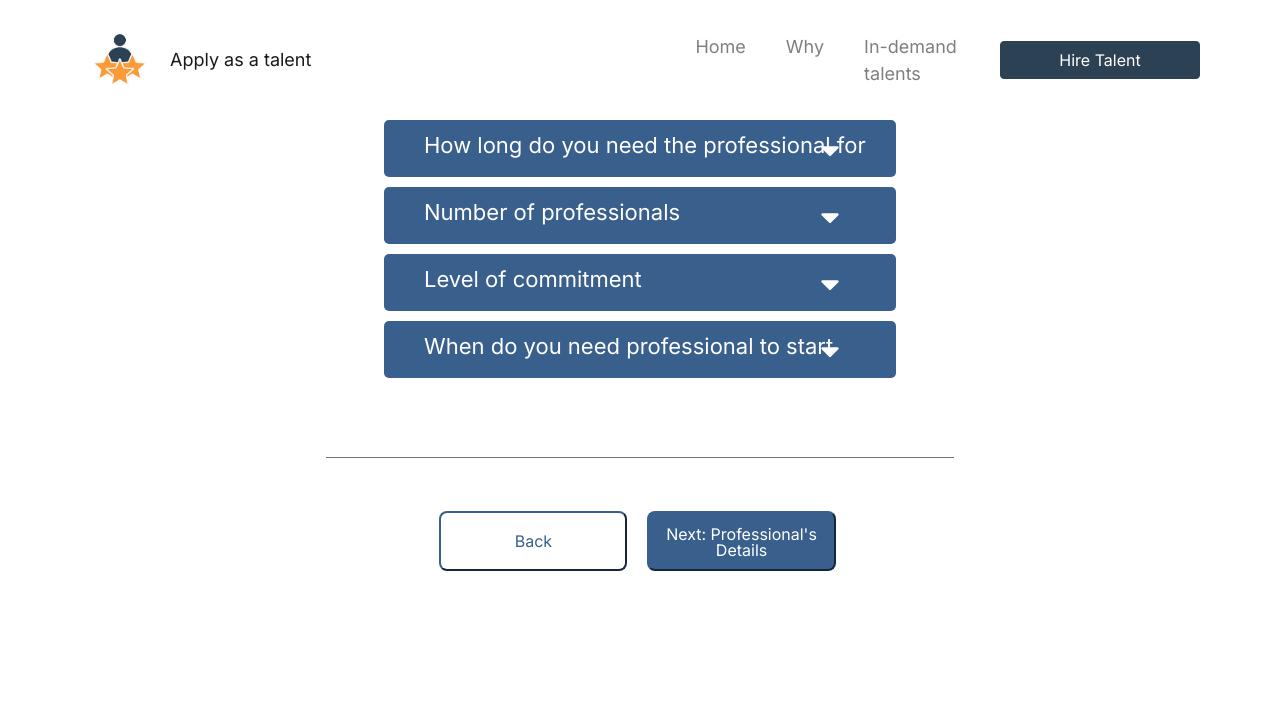
Repository: Ashwe9/talent-hire-reactJs
Page: /professionaldetails
The author's editor kept a copy of each file at every save. The page is drawn from the files as they stood at one save, then again after the next save.
The browser window is 1280 px wide. The pictures show the whole page.
The project was rebuilt for these pictures with package versions that can differ from the ones it lists, and the page was loaded fresh each time. Also part of the build but not shown: src/homePage/components/TrustedBy/TrustedBy.css, src/homePage/components/TrustedBy/TrustedBy.js, src/homePage/components/Roles/Roles.css, src/homePage/components/Roles/Roles.js, src/homePage/components/homePageFooter/HomePageFooter.css, src/homePage/components/homePageFooter/HomePageFooter.js, src/homePage/HomePage.js, src/kpisPage/Header.css and 10 more.

Above is the page before, as saved 2022-08-20 14:00:17.

### public/index.html
<!DOCTYPE html>
<html lang="en">
  <head>
    <meta charset="utf-8" />
    <link rel="icon" href="%PUBLIC_URL%/favicon.ico" />
    <meta name="viewport" content="width=device-width, initial-scale=1" />
    <meta name="theme-color" content="#000000" />
    <meta
      name="description"
      content="Web site created using create-react-app"
    />
    <link rel="manifest" href="%PUBLIC_URL%/manifest.json" />
    <link rel="stylesheet" href="https://stackpath.bootstrapcdn.com/bootstrap/4.4.1/css/bootstrap.min.css" integrity="sha384-Vkoo8x4CGsO3+Hhxv8T/Q5PaXtkKtu6ug5TOeNV6gBiFeWPGFN9MuhOf23Q9Ifjh" crossorigin="anonymous">
    <link href='https://fonts.googleapis.com/css?family=Inter' rel='stylesheet'>

    <title>App</title>
  </head>
  <body>
    <noscript>You need to enable JavaScript to run this app.</noscript>
    <div id="root"></div>
    <script src="https://code.jquery.com/jquery-3.4.1.slim.min.js" integrity="sha384-J6qa4849blE2+poT4WnyKhv5vZF5SrPo0iEjwBvKU7imGFAV0wwj1yYfoRSJoZ+n" crossorigin="anonymous"></script>
    <script src="https://cdn.jsdelivr.net/npm/popper.js@1.16.0/dist/umd/popper.min.js" integrity="sha384-Q6E9RHvbIyZFJoft+2mJbHaEWldlvI9IOYy5n3zV9zzTtmI3UksdQRVvoxMfooAo" crossorigin="anonymous"></script>
    <script src="https://stackpath.bootstrapcdn.com/bootstrap/4.4.1/js/bootstrap.min.js" integrity="sha384-wfSDF2E50Y2D1uUdj0O3uMBJnjuUD4Ih7YwaYd1iqfktj0Uod8GCExl3Og8ifwB6" crossorigin="anonymous"></script>  </body>
</html>

### src/App.js
import React from 'react'
import { BrowserRouter as Router, Route, Routes, Navigate } from 'react-router-dom';
import { HomePage } from './homePage/HomePage';
import KPISPage from './kpisPage/KPISPage';
import ProjectDetails from './projectDetails/ProjectDetails';
import ProfessionalDetails from './professionalDetails/ProfessionalDetails';

function App() {
  return (
    <Router>
      <Routes>
        <Route exact path="*" element={<Navigate to="/" replace />}/>
        <Route exact path="/" element={<HomePage />} />
        <Route exact path="/kpis" element={<KPISPage />} />
        <Route exact path="/projectdetails" element={<ProjectDetails />} />
        <Route exact path="/professionaldetails" element={<ProfessionalDetails />} />

      </Routes>
    </Router>
  );
}

export default App;

### src/professionalDetails/ProfessionalDetails.js
import React from 'react'
import './ProfessionalDetails.css'
import { Navbar } from '../shared-components/Navbar/Navbar'
import { Footer } from '../shared-components/Footer/Footer'
import DropDown from './DropDown'

const ProfessionalDetails = () => {
  return (
    <div>
        <Navbar />
      <DropDown title="How long do you need the professional for"/>
      <DropDown title="Number of professionals"/>
      <DropDown title="Level of commitment"/>
      <DropDown title="When do you need professional to start"/>
      <Footer nextTitle="Next: Professional's Details" nextPath="/professionaldetails2" previousPath="/projectdetails" />
    </div>
  )
}

export default ProfessionalDetails

### src/shared-components/Navbar/Navbar.js
import React from 'react'
import './Navbar.css'
import { Navigate, useNavigate } from 'react-router-dom'

export const Navbar = () => {
  let navigate = useNavigate();

  return (
    <nav className="navbar navbar-expand-lg navbar-light">
      <img src= {require('../../assets/icon.png')} className="icon"/>
      <a className="navbar-brand title" href="#">Apply as a talent</a>
      <button className="navbar-toggler" type="button" data-toggle="collapse" data-target="#navbarText" aria-controls="navbarText" aria-expanded="false" aria-label="Toggle navigation">
        <span className="navbar-toggler-icon"></span>
      </button>
      <div className="collapse navbar-collapse" id="navbarText">
        <ul className="navbar-nav mr-auto">
          <li className="nav-item">
            <a className="nav-link" href="" onClick={() => {
                navigate('/', { replace: true });
              } }>Home</a>
          </li>

          <li className="nav-item">
            <a className="nav-link" href="#">Why</a>
          </li>
          <li className="nav-item">
            <a className="nav-link" href="#">In-demand talents</a>
          </li>
        </ul>
        <span className="navbar-text">
          <button className='btn btn-dark navbar-btn'>Hire Talent</button>
        </span>
      </div>
    </nav>
  )
}

### src/shared-components/Footer/Footer.js
import React from 'react'
import './Footer.css'
import { useNavigate  } from 'react-router-dom'


export  const Footer = ({nextTitle, nextPath, previousPath}) => {

  let navigate = useNavigate();

  const goNext = () => {
    let path =  nextPath;
    navigate(path);
  };
  const goBack = () => {
    let path =  previousPath;
    navigate(path);
  };

  return (
      <footer>
        <div className='Footer-box'>
            <hr id="footer-line"/>
            <div className='buttons'>
              <button className='Footer-button-back'
              onClick={goBack}
                >Back</button>

              <button className='Footer-button-next'
              onClick={goNext}
                >{nextTitle}</button>
        </div>
        </div>
      </footer>
    )
  }

### src/professionalDetails/DropDown.js
import {FaCaretDown, FaCaretUp} from 'react-icons/fa'
import React , { useState } from 'react'
import './DropDown.css'
import { left } from '@popperjs/core'


const DropDown = ({title}) => {
    const [x, setCount] = useState(0);
    const incrementCount = () => {
        setCount(x + 1);
      };

  return (
    <div>
        <div className='dropdowns-box' onClick={incrementCount} >
            <p className='dropdowns-title'>{title}</p>
            <a> { x%2===0 ? <FaCaretDown id='icons' size={30} style={{}} /> : <FaCaretUp id='icons' size={30} style={{}} />}</a>
        </div>
        {/* x%2===1 ? <Talents title={title}/> : <></>*/}
    </div>
  )
}

export default DropDown

### src/shared-components/Navbar/Navbar.css
.icon{
    width: 80px;
}

.title{
    font-family: "Inter";
    font-style: normal;
    font-weight: 500;
    font-size: 18px;
    line-height: 28px;
    align-items: center;
    color: #444444;
    padding-left: 10px;
}

#navbarText{
    margin-left: 30%;
}
.navbar-items{
    margin: 0 35%;

}

.nav-item{
    font-family: "Inter";
    font-style: normal;
    font-weight: 500;
    font-size: 18px;
    align-items: center;
    color: #444444;
    padding-left: 24px;
}

.navbar-btn{
    font-family: "Inter";
    font-style: bold;
    background: #2c4154;
    /* padding: 5px 50px; */
    border-color: #2c4154;
    width: 200px;
}

.navbar{
    margin: 10px 5%;
}

@media only screen and (max-width: 600px) {
    body {
      background-color: lightblue;
    }
  }

### src/shared-components/Footer/Footer.css
#footer-line{
    background-color: gray;
    width: 50%;
}

.Footer-box{
    margin-top: 50px;
    padding: 1%;
}

.buttons{
    display: flex;
}

.Footer-button-back{
    margin-top: 3%;
    /* margin-left: 30%; */
    font-family: "Inter";
    font-style: normal;
    padding: 1% 1%;
    background-color: white;
    border-color: #395f8c;
    color: #395f8c;
    height: 60px;
    width: 15%;
    border-radius: 0.5rem;
    margin-left: 34%;
    margin-bottom: 10%;
}
.Footer-button-next{
    margin-top: 3%;
    /* margin-left: 30%; */
    font-family: "Inter";
    background: #395f8c;
    border-color: #395f8c;
    padding: 1% 1%;
    height: 60px;
    width: 15%;
    border-radius: 0.5rem;
    margin-bottom: 10%;
    margin-left: 20px;
    color: white;
    line-height: 1;
}

@media only screen and (max-width: 700px) {
    #footer-line{
        background-color: gray;
        width: 80%;
    }
    .Footer-button-next{
        padding: 2% ;
        height: 10%;
        width: fit-content;
        margin-left: 5%;
        font-size: 12px;
    }
    .Footer-button-back{
        padding: 2% ;
        height: 10%;
        width: 20%;
        margin-left: 20%;
        font-size: 12px;
    }
}

### src/professionalDetails/DropDown.css
.dropdowns-box{
    padding-top: 10px;
    padding-bottom: 1px;
    width: 40%;
    background-color: #395f8c;
    border-radius: 5px;
    display: flex;
    cursor: pointer;
    margin-bottom: 10px;
    margin-left: 30%;

}

.dropdowns-title{
    font-family: "Inter";
    font-style: bolder;
    font-weight: 300;
    font-size: 22px;
    line-height: 30px;
    align-items: center;
    color: white;
    margin-left: 40px;
}

#icons{
    color: white;
    position:absolute;
    right:430px;
}


@media only screen and (max-width: 700px) {

    .dropdowns-title{
        font-size: 16px;
        margin-left: 15px;
    }

    .dropdowns-box{
        margin-left: 60px;
        width: 75%;
    }
    #icon{
        opacity: 0;
    }
  }
@media only screen and (max-width: 450px) {
    .dropdowns-title{
        font-size: 11px;
        margin-left: 0;
    }
    .dropdowns-box{
        margin-left: 30px;
        width: 60%;
    }

    #icon{
        opacity: 0;
    }
}

### src/kpisPage/Talents.css
.talents-box{
    margin-left: 515px;
}

.talent-item-active{
    background: #FFFFFF;
    border: 1px solid #395F8C;
    box-sizing: border-box;
    box-shadow: 0px 4px 14px 1px rgba(0, 0, 0, 0.04);
    border-radius: 6px;
    display: flex;
    padding: 10px;
    padding-right: 32px;
    width: fit-content;
    margin-right: 10px;
}

#icons{
    color: #395F8C;
    position:absolute;
    margin-top: 5px;
    margin-left: 15px;
    margin-right: 5px;
}

.talent-item{
    opacity: 0.8;
    background: #f0f0f0;
    border: 0.2px solid #f0f0f0;
    box-sizing: border-box;
    box-shadow: 0px 2px 14px 1px rgba(0, 0, 0, 0.06);
    border-radius: 6px;
    display: flex;
    padding: 10px;
    padding-right: 32px;
    width: fit-content;
    margin-right: 10px;
}


.talent-item-paragraph-active{
    font-family: "Inter";
    font-style: normal;
    font-weight: bolder;
    font-size: 16px;
    display: flex;
    align-items: center;
    color: #395f8c;
}

.talent-item-paragraph{
    font-family: "Inter";
    font-style: normal;
    font-weight: normal;
    font-size: 16px;
    display: flex;
    align-items: center;
    opacity: 0.8;
    color: #6d7686;
}


@media only screen and (max-width: 700px) {
    .talent-item-paragraph-active{
        font-size: 10px;
    }

    .talent-item-paragraph{
        font-size: 10px;
        font-weight: bold;
    }

    .talents-box{
        margin-left: 80px;
    }

    .talent-item{
        opacity: 0.8;
        background: #f0f0f0;
        box-sizing: border-box;
        display: flex;
        width: fit-content;
        margin-bottom: 5px;
    }

    .talent-item-active{
        opacity: 0.8;
        background: #f0f0f0;
        box-sizing: border-box;
        display: flex;
        width: fit-content;
    }

    #icons{
        color: #395F8C;
        position:absolute;
        margin-top: 2px;
        margin-left: 2px;
        margin-right: 0.5px;
    }
  }
@media only screen and (max-width: 450px) {
    .talent-item-paragraph-active{
        font-size: 8px;
    }

    .talent-item-paragraph{
        font-size: 8px;
    }
    .talents-box{
        margin-left: 110px;
    }

    .talent-item{
        opacity: 0.8;
        background: #f0f0f0;
        box-sizing: border-box;
        display: flex;
        width: fit-content;
    }

    .talent-item-active{
        opacity: 0.8;
        background: #f0f0f0;
        box-sizing: border-box;
        display: flex;
        width: fit-content;
    }
}

input[type="checkbox"] { /* change "blue" browser chrome to yellow */
    filter: invert(20%) hue-rotate(15deg) brightness(1.4);
  }

### src/professionalDetails/Header.js
import React from 'react'
import './Header.css'

const Header = () => {
  return (
    <div className='headers-box'>
        <p className='headers-by-title'>
            Professional's Details
        </p>
    </div>
  )
}

export default Header

### src/projectDetails/Header.css
.headers-box{
    margin: 30px 30%;
    padding: 3%;
    padding-bottom: 0%;
    align-items: center;
    width: 40%;
}

.header{
    font-family: "Inter";
    font-style: bolder;
    font-weight: 600;
    font-size: 35px;
    line-height: 30px;
    align-items: center;
    color: #141414;
    margin-bottom: 50px;
}

.header-by-title{
    font-family: "Inter";
    font-style: bolder;
    font-weight: 700;
    font-size: 25px;
    line-height: 30px;
    align-items: center;
    color: #141414;
}


@media only screen and (max-width: 700px) {

    .header-by-title{
        font-size: 16px;
    }

    .header-box{
        margin-left: 40px;
        width: 100%;
    }
  }
@media only screen and (max-width: 450px) {
    .header-by-title{
        font-size: 13px;
    }
    .header-box{
        margin-left: 70px;
        width: 100%;
    }
}

Loaded but not shown: src/index.js (common file); src/reportWebVitals.js (common file); src/index.css (no stored copy; drawn as an empty file); src/kpisPage/KPISPage.css (no stored copy; drawn as an empty file); src/professionalDetails/ProfessionalDetails.css (no stored copy; drawn as an empty file)

After the next save:
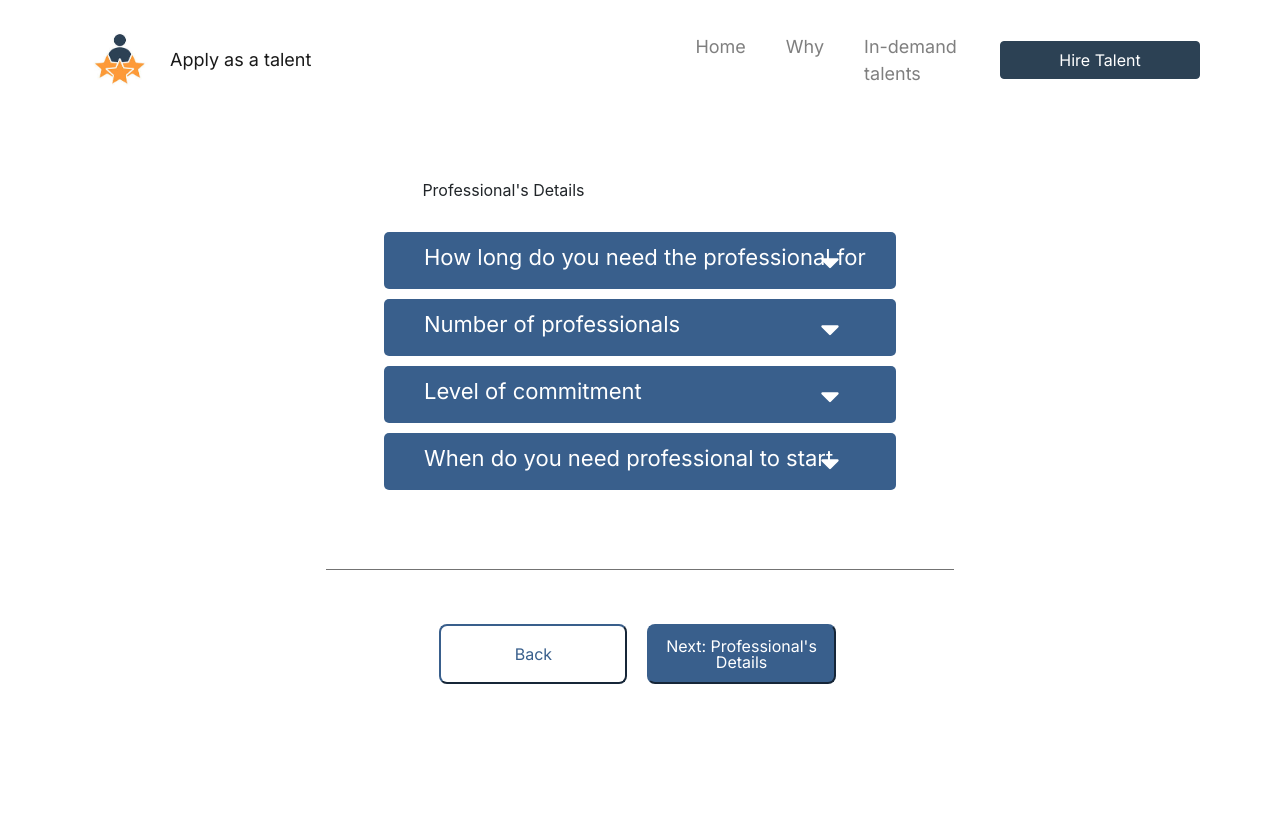
Saved 15 s later.
--- a/src/professionalDetails/ProfessionalDetails.js
+++ b/src/professionalDetails/ProfessionalDetails.js
@@ -3,11 +3,13 @@ import './ProfessionalDetails.css'
 import { Navbar } from '../shared-components/Navbar/Navbar'
 import { Footer } from '../shared-components/Footer/Footer'
 import DropDown from './DropDown'
+import Header from './Header'
 
 const ProfessionalDetails = () => {
   return (
     <div>
-        <Navbar />
+      <Navbar />
+      <Header />
       <DropDown title="How long do you need the professional for"/>
       <DropDown title="Number of professionals"/>
       <DropDown title="Level of commitment"/>
